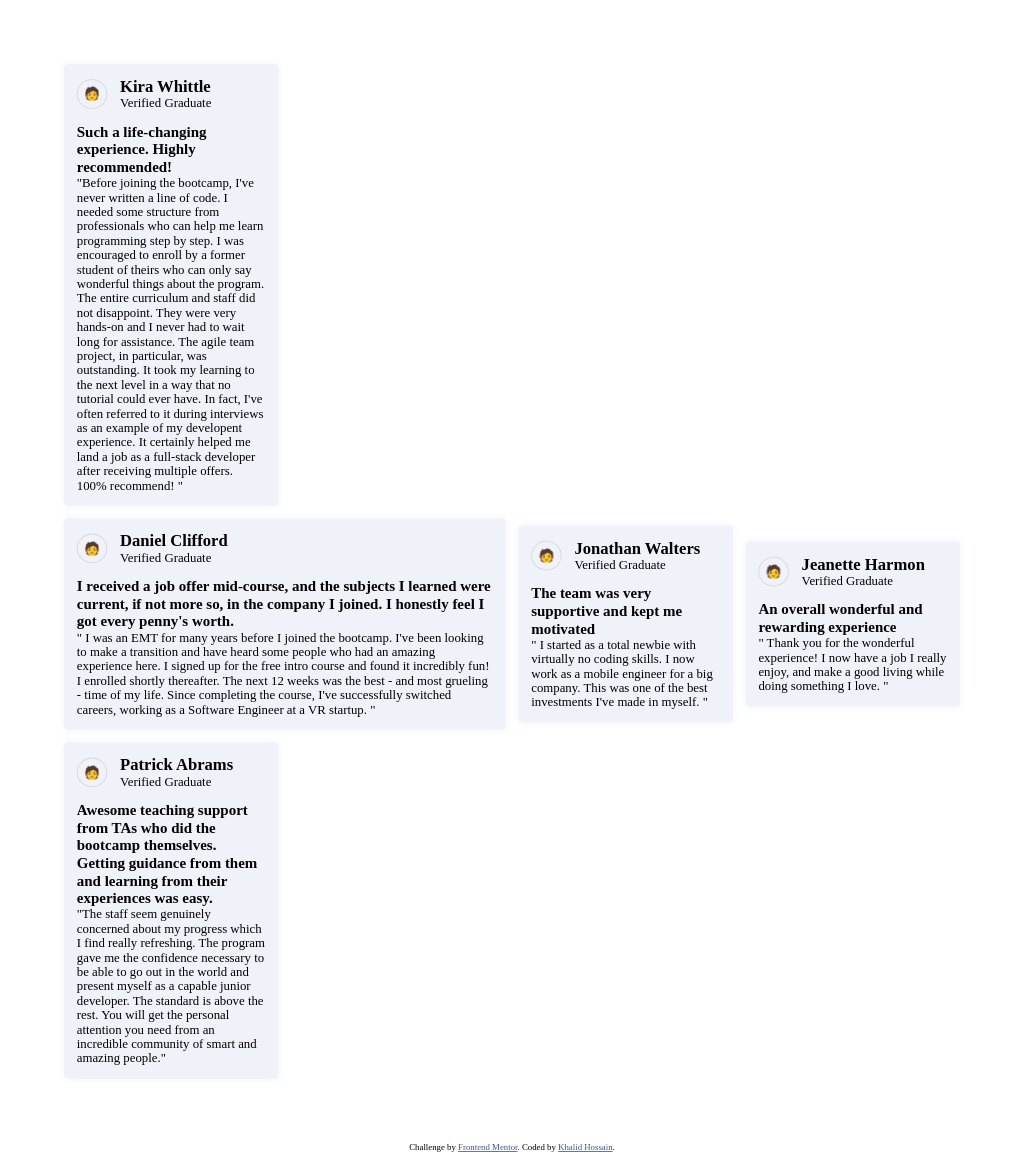
Repository: badhon252/Testimonials-Grid-Section
Page: index.html
An editor plug-in stored every save of this project. The page is shown before and after the next save, followed by the edit.
The browser window is 1280 px wide. The pictures show the whole page, at 80% of full size.

Above is the page before, as saved 2023-02-18 16:24:39.

### index.html
<!DOCTYPE html>
<html lang="en">

<head>
    <meta charset="UTF-8">
    <meta name="viewport" content="width=device-width, initial-scale=1.0">
    <!-- displays site properly based on user's device -->

    <link rel="icon" type="image/png" sizes="32x32" href="./images/favicon-32x32.png">
    <link rel="stylesheet" href="./css/style.css">
    <title>Frontend Mentor | [Challenge Name Here]</title>

</head>

<body>

    <div class="container">

        <div class="box box1">
            <div class="heading">
                <div class="img-fluid">🧑</div>
                <div>
                    <h1 class="name">Daniel Clifford</h1>
                    <p>Verified Graduate</p>
                </div>
            </div>

            <h3>I received a job offer mid-course, and the subjects I learned were current, if not more so, in the company I joined. I honestly feel I got every penny's worth.</h3>
            <p>" I was an EMT for many years before I joined the bootcamp. I've been looking to make a transition and have heard some people who had an amazing experience here. I signed up for the free intro course and found it incredibly fun! I enrolled
                shortly thereafter. The next 12 weeks was the best - and most grueling - time of my life. Since completing the course, I've successfully switched careers, working as a Software Engineer at a VR startup. "</p>
        </div>

        <div class="box box2">
            <div class="heading">
                <div class="img-fluid">🧑</div>
                <div>
                    <h1 class="name">Jonathan Walters</h1>
                    <p>Verified Graduate</p>
                </div>
            </div>

            <h3>The team was very supportive and kept me motivated</h3>
            <p>" I started as a total newbie with virtually no coding skills. I now work as a mobile engineer for a big company. This was one of the best investments I've made in myself. "</p>
        </div>

        <div class="box box3">
            <div class="heading">
                <div class="img-fluid">🧑</div>
                <div>
                    <h1 class="name">Jeanette Harmon</h1>
                    <p>Verified Graduate</p>
                </div>
            </div>

            <h3>An overall wonderful and rewarding experience</h3>
            <p>" Thank you for the wonderful experience! I now have a job I really enjoy, and make a good living while doing something I love. "</p>
        </div>

        <div class="box box4">
            <div class="heading">
                <div class="img-fluid">🧑</div>
                <div>
                    <h1 class="name">Patrick Abrams</h1>
                    <p>Verified Graduate</p>
                </div>
            </div>

            <h3>Awesome teaching support from TAs who did the bootcamp themselves. Getting guidance from them and learning from their experiences was easy.</h3>
            <p>"The staff seem genuinely concerned about my progress which I find really refreshing. The program gave me the confidence necessary to be able to go out in the world and present myself as a capable junior developer. The standard is above the
                rest. You will get the personal attention you need from an incredible community of smart and amazing people."
            </p>
        </div>

        <div class="box box5">
            <div class="heading">
                <div class="img-fluid">🧑</div>
                <div>
                    <h1 class="name">Kira Whittle</h1>
                    <p>Verified Graduate</p>
                </div>
            </div>

            <h3>Such a life-changing experience. Highly recommended!</h3>
            <p>"Before joining the bootcamp, I've never written a line of code. I needed some structure from professionals who can help me learn programming step by step. I was encouraged to enroll by a former student of theirs who can only say wonderful
                things about the program. The entire curriculum and staff did not disappoint. They were very hands-on and I never had to wait long for assistance. The agile team project, in particular, was outstanding. It took my learning to the next
                level in a way that no tutorial could ever have. In fact, I've often referred to it during interviews as an example of my developent experience. It certainly helped me land a job as a full-stack developer after receiving multiple offers.
                100% recommend! "</p>
        </div>


    </div>



    <div class="attribution">
        Challenge by <a href="https://www.badhon252.me" target="_blank">Frontend Mentor</a>. Coded by <a href="#">Khalid
      Hossain</a>.
    </div>
</body>

</html>

### css/style.css
* {
    margin: 0;
    padding: 0;
    box-sizing: border-box;
}

body {
    height: 100vh;
}

.name {
    font-size: 1.3em;
}

.container {
    display: grid;
    place-items: center;
    grid-template-columns: repeat(4, 1fr);
    grid-template-rows: repeat(2, 1fr);
    /* grid-template-areas: 'box1 box1 box2 box3' 'box4 box5 box5 box3'; */
    grid-gap: 1rem;
    justify-items: stretch;
    margin: 5rem;
}

.heading {
    display: flex;
    align-items: center;
    padding: 0 0 1rem 0;
}

.img-fluid {
    padding: .5em;
    border: 1px solid rgb(213, 213, 213);
    border-radius: 50%;
    margin-right: 1rem;
}

.box {
    border-radius: 5px;
    padding: 1rem;
    box-shadow: 0 0 10px 0 hsl(227, 47%, 96%);
}

.box1 {
    /* grid-area: box1; */
    background-color: hsl(227, 47%, 96%);
    grid-column-start: 1;
    grid-column-end: 3;
    order: 1;
}

.box2 {
    /* grid-area: box1; */
    order: 2;
    background-color: hsl(227, 47%, 96%);
}

.box3 {
    /* grid-area: box1; */
    order: 4;
    background-color: hsl(227, 47%, 96%);
}

.box4 {
    /* grid-area: box1; */
    order: 5;
    background-color: hsl(227, 47%, 96%);
}

.box5 {
    /* grid-area: box1; */
    order: 3;
    background-color: hsl(227, 47%, 96%);
    grid-row-start: 1;
    grid-row-end: 3;
}

.attribution {
    font-size: 11px;
    text-align: center;
}

.attribution a {
    color: hsl(228, 45%, 44%);
}

After the next save:
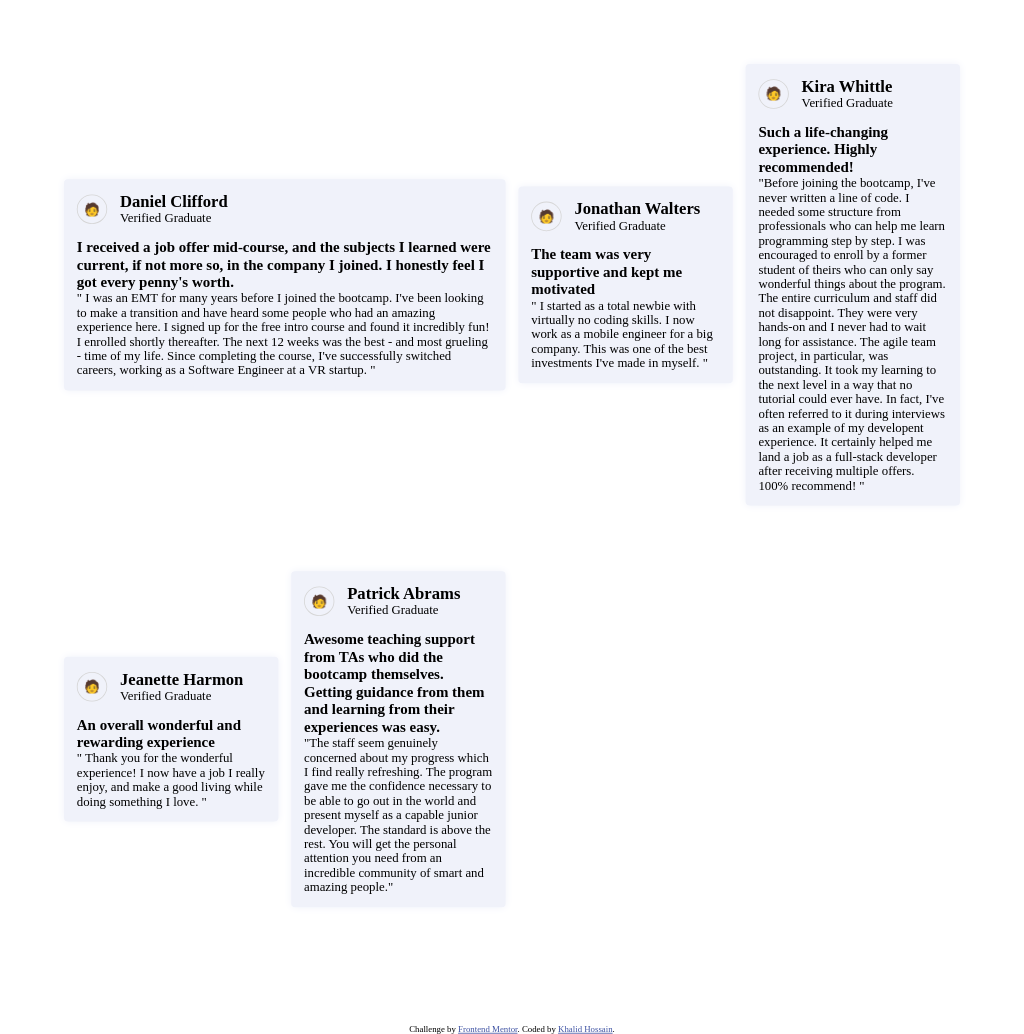
Saved 11 s later.
--- a/css/style.css
+++ b/css/style.css
@@ -72,8 +72,8 @@ body {
     /* grid-area: box1; */
     order: 3;
     background-color: hsl(227, 47%, 96%);
-    grid-row-start: 1;
-    grid-row-end: 3;
+    /* grid-row-start: 1; */
+    /* grid-row-end: 3; */
 }
 
 .attribution {
